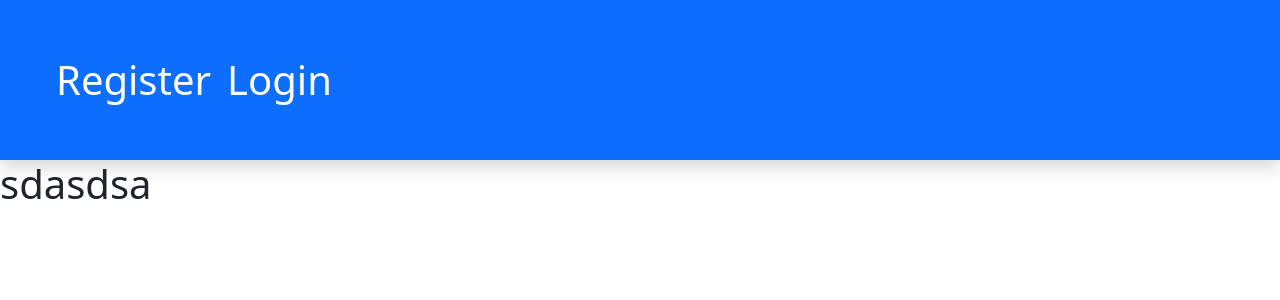
Repository: loveleii/firebase-login-logout
Page: /
These files come from the project's save history. The page is drawn as it stood at one moment and after the next save; the edit follows.
The browser window is 1280 px wide. The pictures show the whole page.
The project was rebuilt for these pictures with package versions that can differ from the ones it lists, and the page was loaded fresh each time. Also part of the build but not shown: vite.config.ts, src/views/loginView.vue, src/assets/main.css.

Above is the page before, as saved 2023-03-04 19:26:40.

### src/main.js
import { createApp } from 'vue'
import { createPinia } from 'pinia'

import App from './App.vue'
import router from './router'
import "bootstrap/dist/css/bootstrap.min.css"
import bootstrap from "bootstrap/dist/js/bootstrap.bundle.js"

import './assets/main.css'

const app = createApp(App)

app.use(createPinia())
app.use(router)

app.mount('#app')

### src/App.vue
<script setup lang="ts">
import { RouterLink, RouterView } from 'vue-router'

</script>

<template>
  <div>
        <header class="bg-primary p-5 shadow">
            <div class="container_header">
                <div class="d-flex">
                    <RouterLink to="/" style="text-decoration: none;"><h1 class="text-white m-2" >Register</h1></RouterLink>
                    <RouterLink to="/login" style="text-decoration: none;"><h1 class="text-white m-2">Login</h1></RouterLink>
                </div>
            </div>
        </header>
    </div>

  <RouterView />
</template>

<style>
.container_header{

}
</style>

### src/router/index.js
import { createRouter, createWebHistory } from 'vue-router'
import registerView from '../views/registerView.vue'
import loginView from '../views/loginView.vue'

const router = createRouter({
  history: createWebHistory(import.meta.env.BASE_URL),
  routes: [
    {
      path: '/',
      name: 'reg',
      component: registerView
    },
    {
      path: '/login',
      name: 'log',
      component: loginView
    },

  ]
})

export default router

### src/views/registerView.vue
<template>
    <div>
        <h1>sdasdsa</h1>
    </div>
</template>

<script>


</script>

Loaded but not shown: index.html (common file)

After the next save:
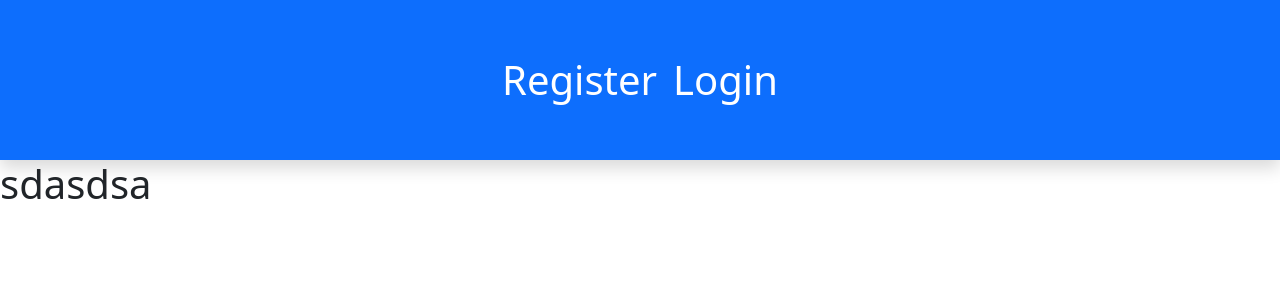
Saved 11 s later.
--- a/src/App.vue
+++ b/src/App.vue
@@ -20,6 +20,7 @@ import { RouterLink, RouterView } from 'vue-router'
 
 <style>
 .container_header{
-
+  display: grid;
+  place-content: center;
 }
 </style>
